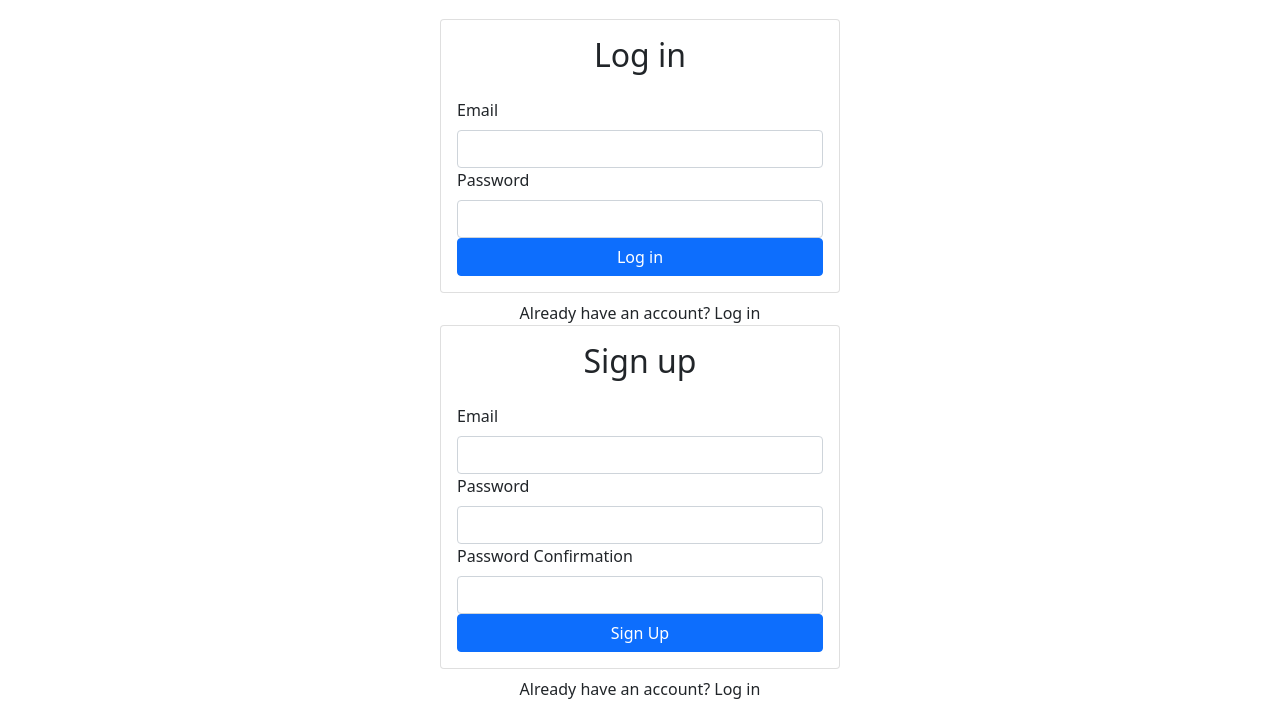
Repository: RickLeinecker/CompositionToday
Page: /login (app in frontend/)
The author's editor kept a copy of each file at every save. The page is drawn from the files as they stood at one save, then again after the next save.
The browser window is 1280 px wide. The pictures show the whole page.
The project was rebuilt for these pictures with package versions that can differ from the ones it lists, and the page was loaded fresh each time. Also part of the build but not shown: frontend/src/Dashboard.tsx.

Above is the page before, as saved 2021-11-03 14:14:00.

After the next save:
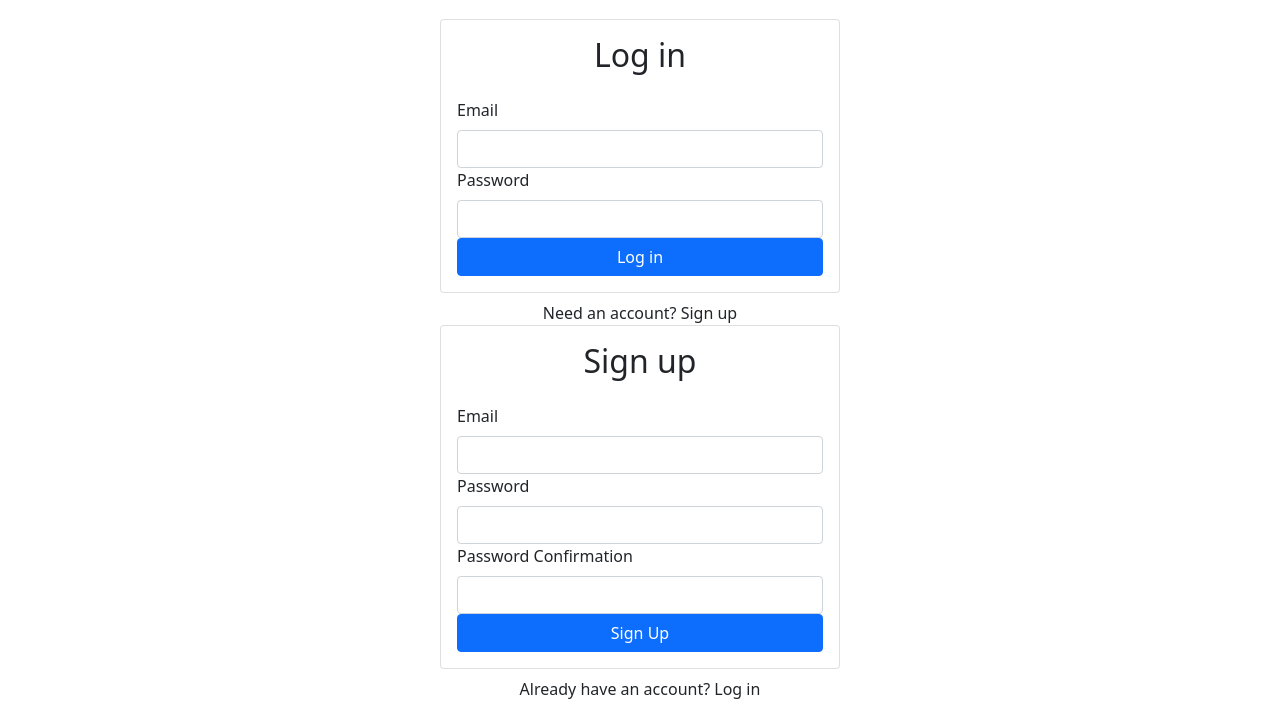
Saved 15 s later.
--- a/frontend/src/Login.tsx
+++ b/frontend/src/Login.tsx
@@ -49,7 +49,7 @@ export default function Login(){
                 </Card.Body>
             </Card>
             <div className="w-100 text-center mt-2">
-                Already have an account? Log in
+                Need an account? Sign up
             </div>
         </>
     )
